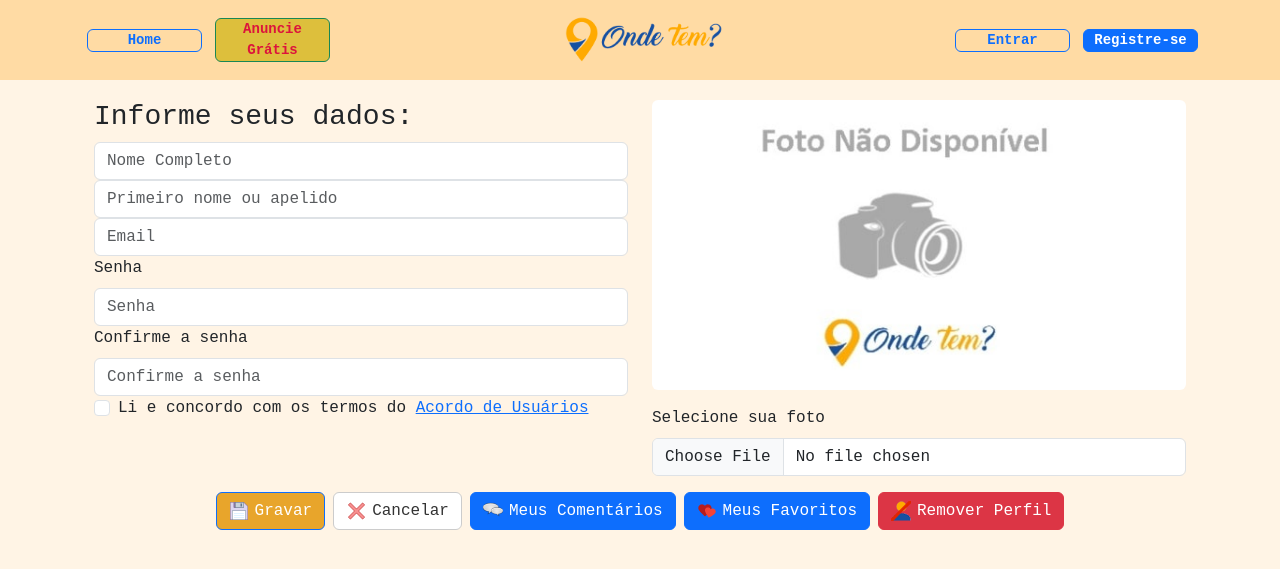
Repository: pepetata/ondetem
Page: /signup (app in frontend/)
The author's editor kept a copy of each file at every save. The page is drawn from the files as they stood at one save, then again after the next save.
The browser window is 1280 px wide. The pictures show the whole page.
The project was rebuilt for these pictures with package versions that can differ from the ones it lists, and the page was loaded fresh each time. Also part of the build but not shown: frontend/vite.config.js.

Above is the page before, as saved 2025-06-13 15:02:09.

After the next save:
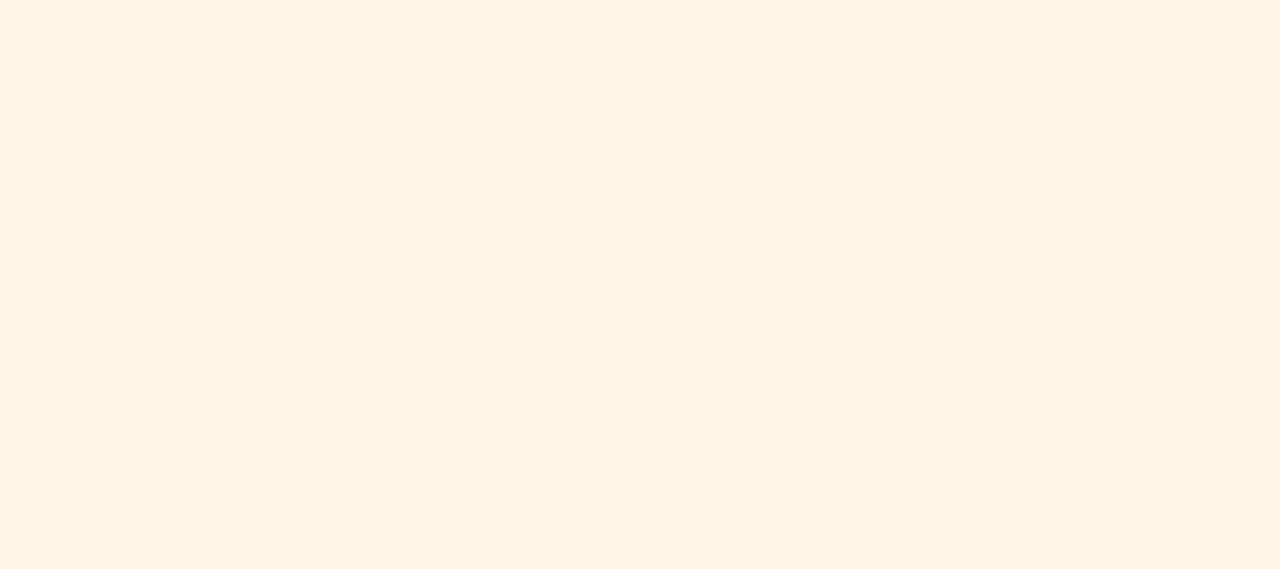
Console error: ReferenceError: onChange is not defined
Saved 2 min 13 s later.
--- a/frontend/src/components/FormInput.jsx
+++ b/frontend/src/components/FormInput.jsx
@@ -20,8 +20,8 @@
       <Form.Control
         type={type}
         name={field.name}
-        value={value[field.name] || ""}
-        onChange={field.handleChange}
+        value={value ?? ""}
+        onChange={onChange}
         // onBlur={form.handleBlur}
         placeholder={placeholder}
         maxLength={maxLength}

After the save that followed:
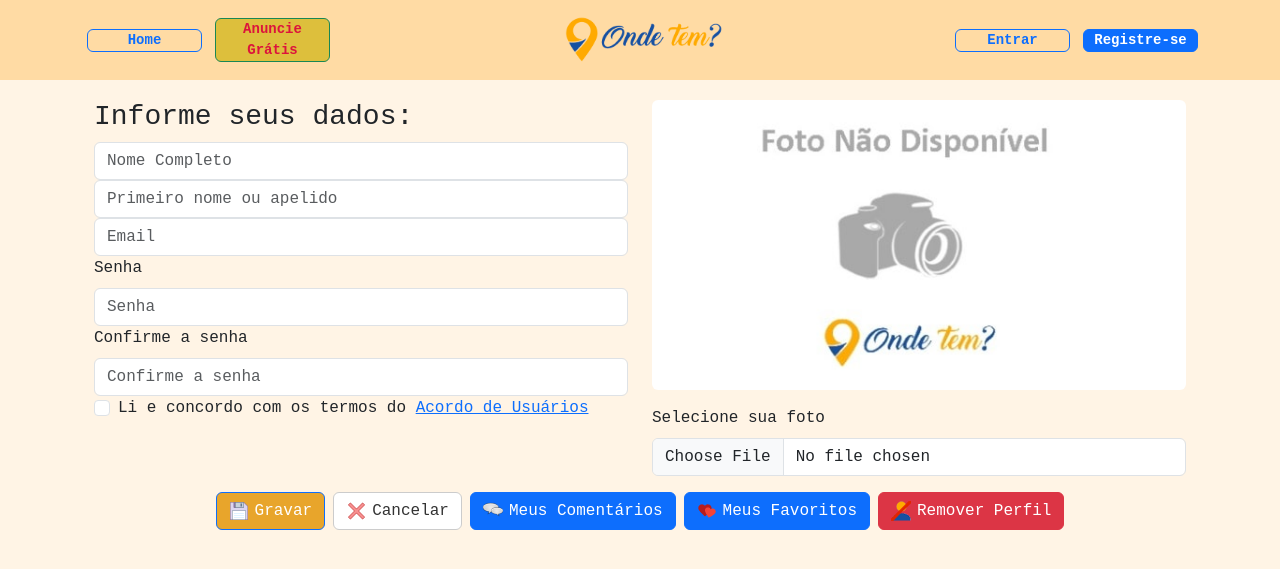
The error is gone.
Saved 24 s later.
--- a/frontend/src/components/FormInput.jsx
+++ b/frontend/src/components/FormInput.jsx
@@ -20,8 +20,8 @@
       <Form.Control
         type={type}
         name={field.name}
-        value={value ?? ""}
-        onChange={onChange}
+        value={value[field.name] || ""}
+        onChange={field.handleChange}
         // onBlur={form.handleBlur}
         placeholder={placeholder}
         maxLength={maxLength}
